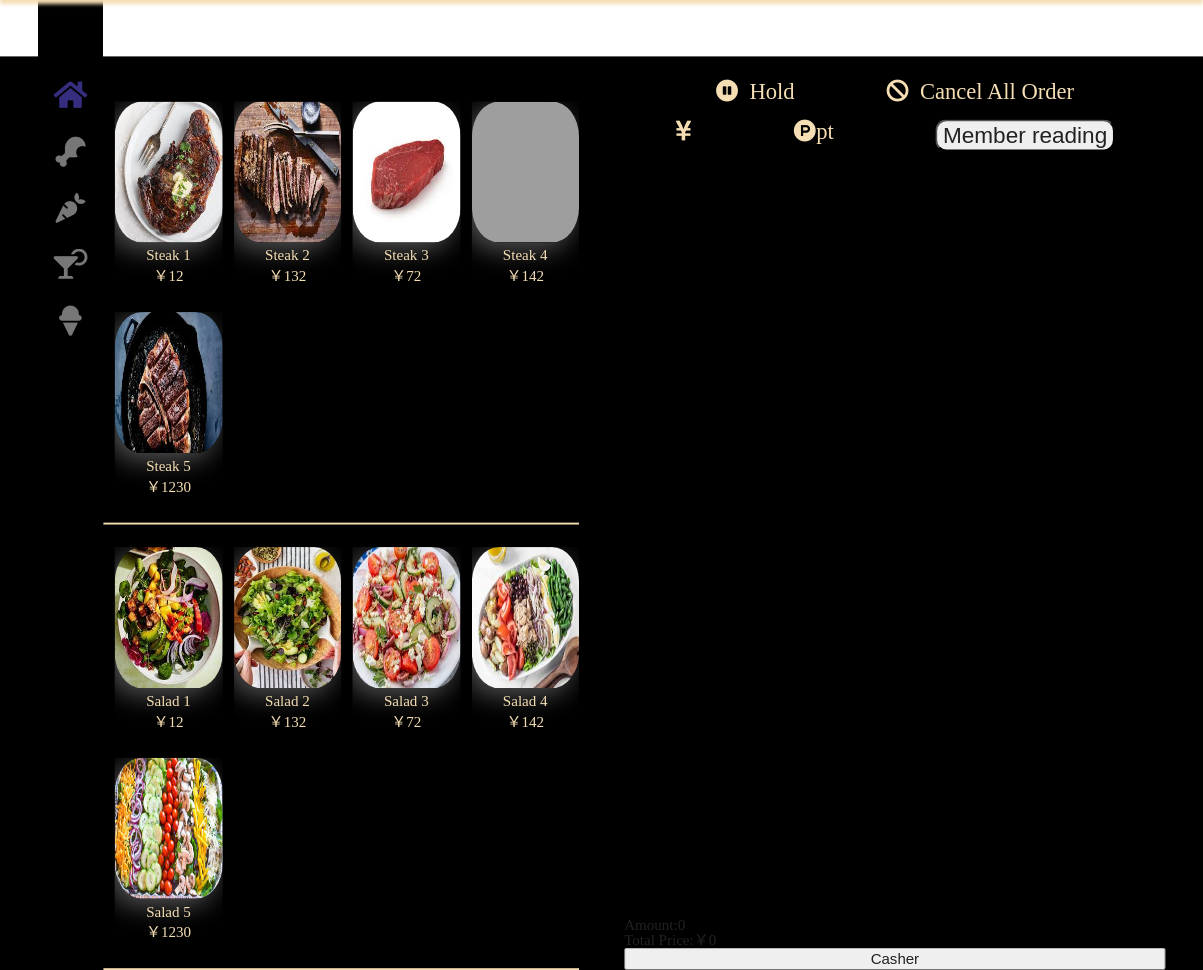
Repository: vuhungson158/Menu
Page: /
These files come from the project's save history. The page is drawn as it stood at one moment and after the next save; the edit follows.
The browser window is 1280 px wide. The pictures show the whole page, at 94% of full size.
Pictures or frames that could not be fetched are drawn as grey boxes. The project was rebuilt for these pictures with package versions that can differ from the ones it lists, and the page was loaded fresh each time. Also part of the build but not shown: src/component/mainMenu/orderBlock/orderContent/OrderedItem.jsx, src/redux-store/actions/HoldActions.jsx, src/component/mainMenu/orderBlock/utilities/HoldItem.jsx.

Above is the page before, as saved 2021-08-22 10:21:38.

After the next save:
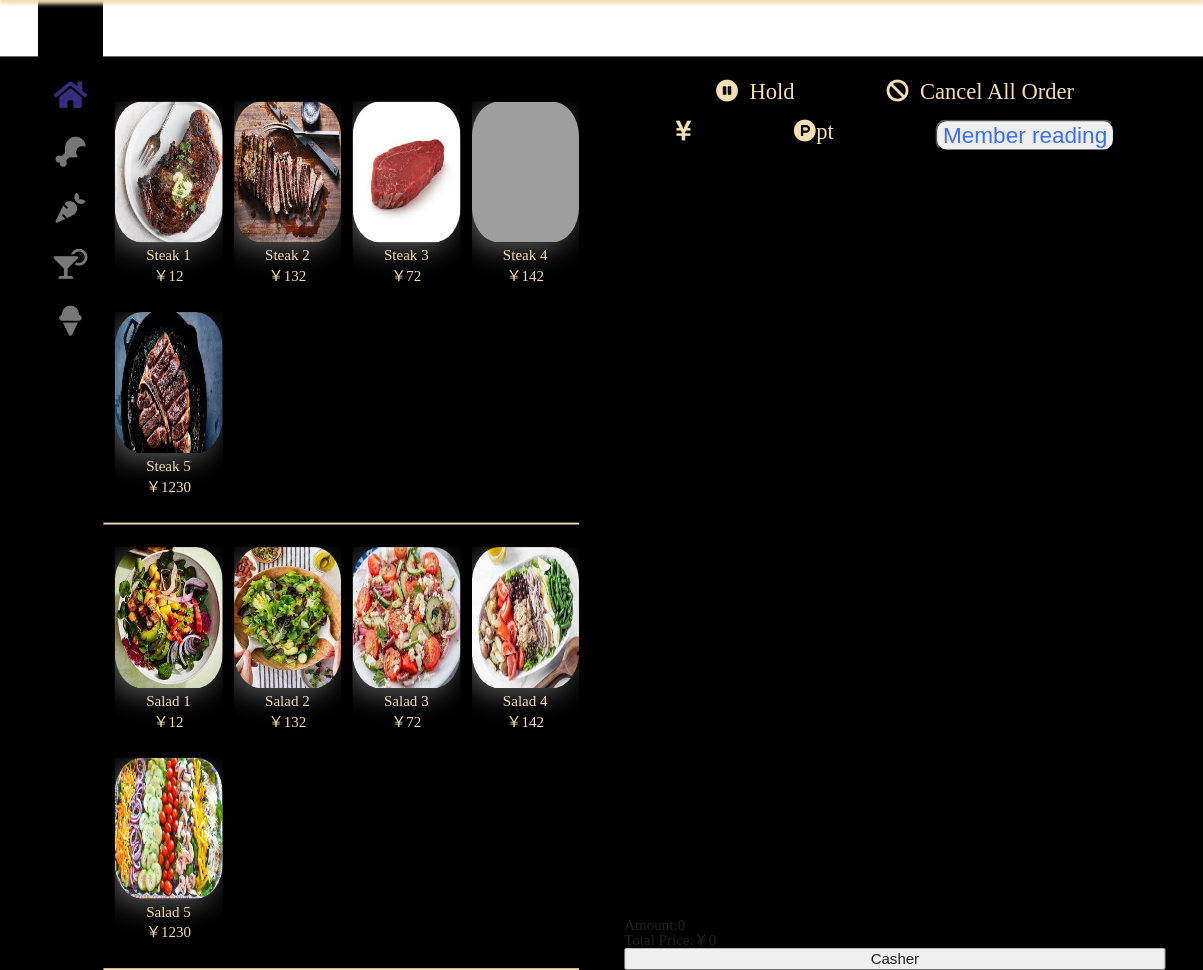
Saved 25 s later.
--- a/src/styles/App.scss
+++ b/src/styles/App.scss
@@ -319,6 +319,7 @@ body {
                     margin-top: 18px;
                     .member-reading{
                         border-radius: 12px;
+                        color: $background-color_4th;
                     }
                 }
                 #order-list {
